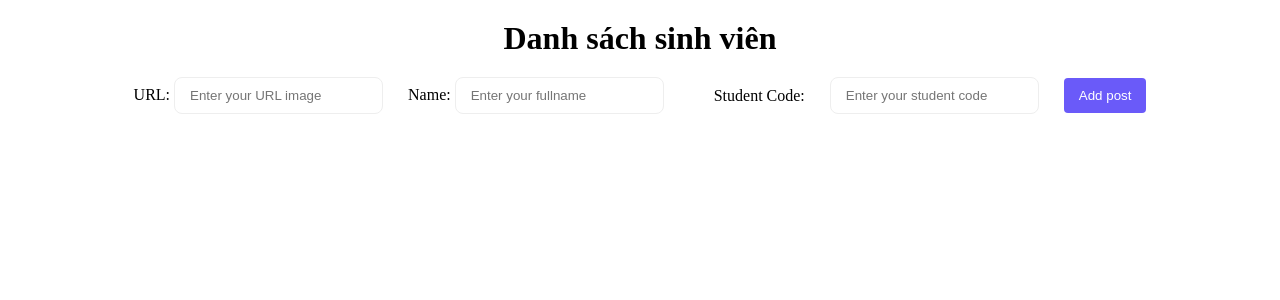
Repository: doquang195/demo-api
Page: indext.html
These files come from the project's save history. The page is drawn as it stood at one moment and after a run of saves; the edit follows.
The browser window is 1280 px wide. The pictures show the whole page.

Above is the page before, as saved 2023-10-04 21:50:40.

After the next 2 saves:
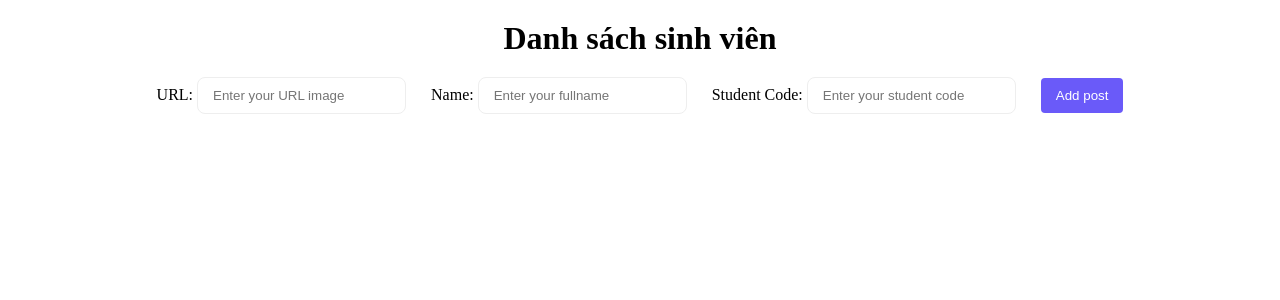
The 2 saves are shown as one change because they came seconds apart.
The last was saved 9 s later.
--- a/indext.html
+++ b/indext.html
@@ -23,17 +23,21 @@
             </div>
             <div>
                 <label>Name:</label>
-                <input type="text" name="name" placeholder="Enter your fullname" />
+                <input
+                    type="text"
+                    name="name"
+                    placeholder="Enter your fullname"
+                />
             </div>
             <div>
+                <label>Student Code:</label>
+                <input
+                    type="text"
+                    name="code"
+                    placeholder="Enter your student code"
+                />
+            </div>
 
-            </div>
-            <label>Student Code:</label>
-            <input
-                type="text"
-                name="code"
-                placeholder="Enter your student code"
-            />
             <button type="submit">Add post</button>
         </form>
         <script src="./app.js"></script>
